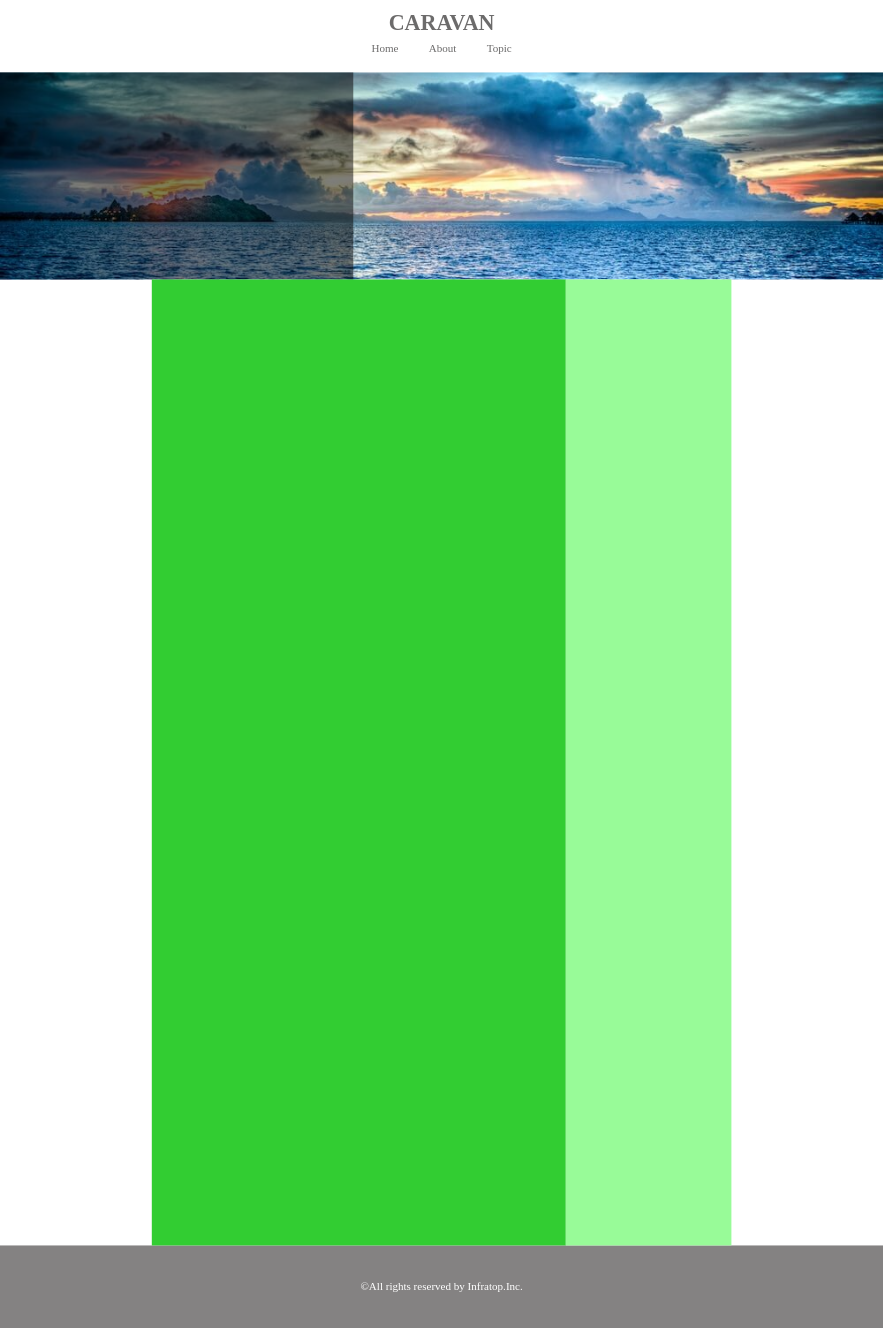
Repository: ego-boosting/assightment_1
Page: caravan/index.html
The author's editor kept a record of every edit. The page is drawn from the files as they stood at one moment, then again after the next edit.
The browser window is 1280 px wide. The pictures show the whole page, at 69% of full size.

Above is the page before.

After the next edit:
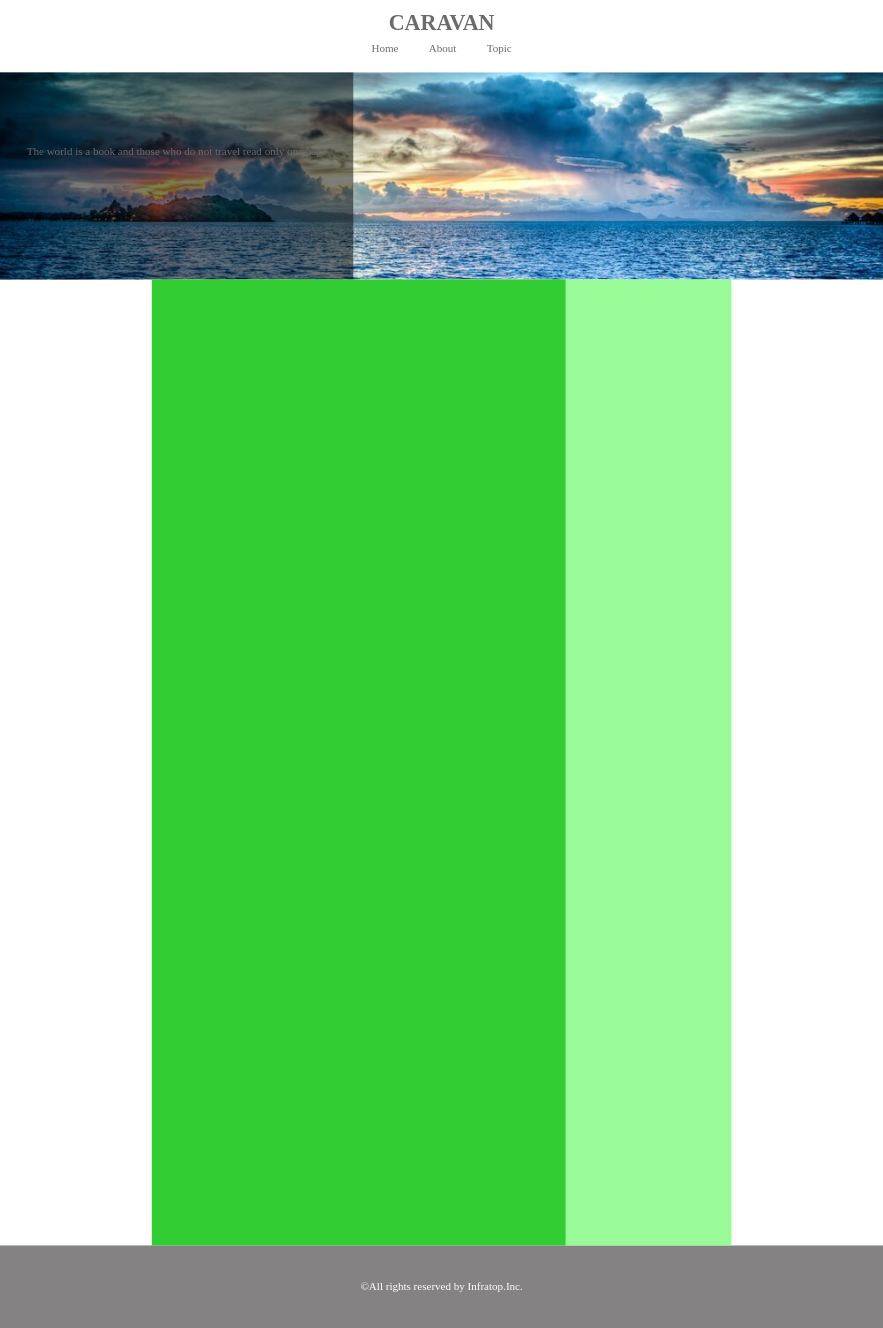
The edit:
--- a/caravan/index.html
+++ b/caravan/index.html
@@ -29,8 +29,13 @@
 
 
     <div class="main-visual">
-      <div class="main-visual-content"></div>
-    </p>
+      <div class="main-visual-content">
+        <p class= "mainvisual-text">
+          The world is a book and those who do not travel read only one page
+        </p>
+        <p class= ""></p>
+      </div>
+    </div>
 
     <div class="main">
       <div class="blog"></div>
